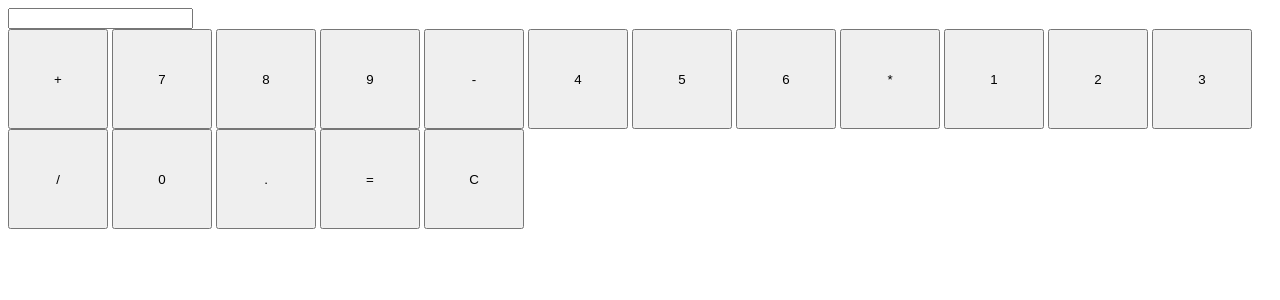
Repository: 23HarveyJi/25-Fall_chillguys
Page: calculator.html
The author's editor kept a copy of each file at every save. The page is drawn from the files as they stood at one save, then again after a run of saves.
The browser window is 1280 px wide. The pictures show the whole page.

Above is the page before, as saved 2025-10-10 14:52:42.

After the next 7 saves:
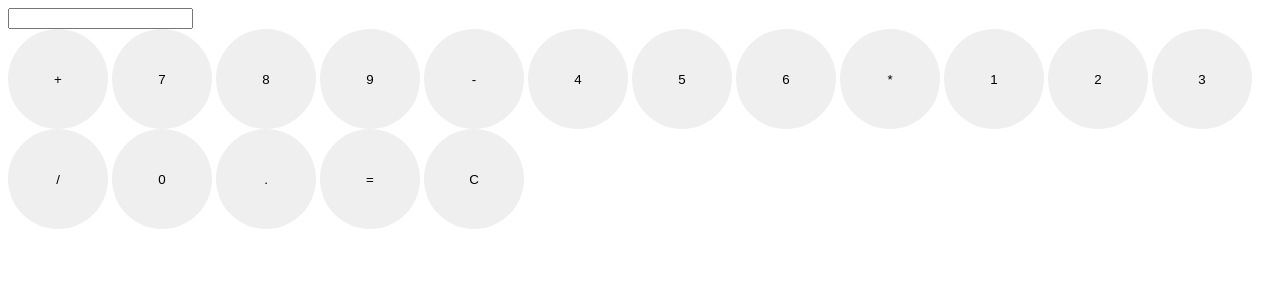
The 7 saves are shown as one change because they came seconds apart.
The last was saved 21 s later.
--- a/calculator.css
+++ b/calculator.css
@@ -1,4 +1,7 @@
 button{
     width: 100px;
-    height: 100px
+    height: 100px;
+    border-radius: 50px;
+    border: none;
+
 }
